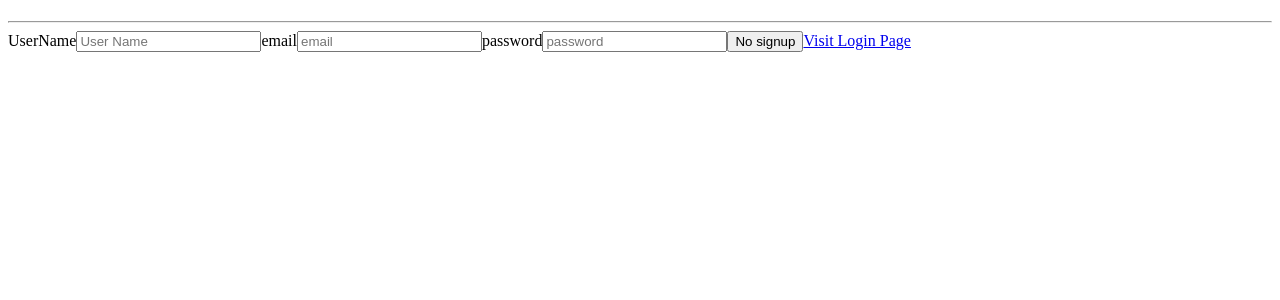
Repository: aditya-jha-kumar/NextJs-auth
Page: /signup
An editor plug-in stored every save of this project. The page is shown before and after a run of saves, followed by the edit.
The browser window is 1280 px wide. The pictures show the whole page.
The project was rebuilt for these pictures with package versions that can differ from the ones it lists, and the page was loaded fresh each time. The framework's server and built-in components were replaced by stand-ins that run in the browser. Also part of the build but not shown: next.config.mjs.

Above is the page before, as saved 2024-06-05 12:54:36.

### src/app/signup/page.tsx
"use client";
import Link from "next/link";
import React, { useEffect } from "react";
import { useRouter } from "next/navigation";
import { axios } from "axios";

export default function SignupPage() {
  const router = useRouter();
  const [user, setUser] = React.useState({
    email: "",
    password: "",
    username: "",
  });

  const [buttonDisabled, setButtonDisabled] = React.useState(false);

  const [loading, setLoading] = React.useState(false);

  useEffect(() => {
    if (
      user.email.length > 0 &&
      user.password.length > 0 &&
      user.username.length > 0
    ) {
      setButtonDisabled(false);
    } else {
      setButtonDisabled(true);
    }
  }, [user]);

  const onSignup = async () => {
    try {

    } catch (error) {

    }
  };
  return (
    <div className="flex flex-col items-center jusitfy-center min-h-screen py-2">
      <h1 className="text-center text-white text-2xl"></h1>
      <hr />
      <label htmlFor="username">UserName</label>
      <input
        className="p-2 border border-gray-300 rounded-lg mb-4 focus:outline-none focus:border-gray-600 text-black"
        type="text"
        id="username"
        value={user.username}
        onChange={(e) => setUser({ ...user, username: e.target.value })}
        placeholder="User Name"
      />
      <label htmlFor="email">email</label>
      <input
        className="p-2 border border-gray-300 rounded-lg mb-4 focus:outline-none focus:border-gray-600 text-black"
        type="text"
        id="email"
        value={user.email}
        onChange={(e) => setUser({ ...user, email: e.target.value })}
        placeholder="email"
      />
      <label htmlFor="password">password</label>
      <input
        className="p-2 border border-gray-300 rounded-lg mb-4 focus:outline-none focus:border-gray-600 text-black"
        type="password"
        id="password"
        value={user.password}
        onChange={(e) => setUser({ ...user, password: e.target.value })}
        placeholder="password"
      />
      <button
        onClick={onSignup}
        className="p-2 border border-gray-300 rounded-lg mb-4 focus:outline-none focus:border-gray-600"
      >
        {buttonDisabled ? "No signup" : "Signup"}
      </button>
      <Link href="/login">Visit Login Page</Link>
    </div>
  );
}
//frontend client side, backend serverside

After the next 20 saves:
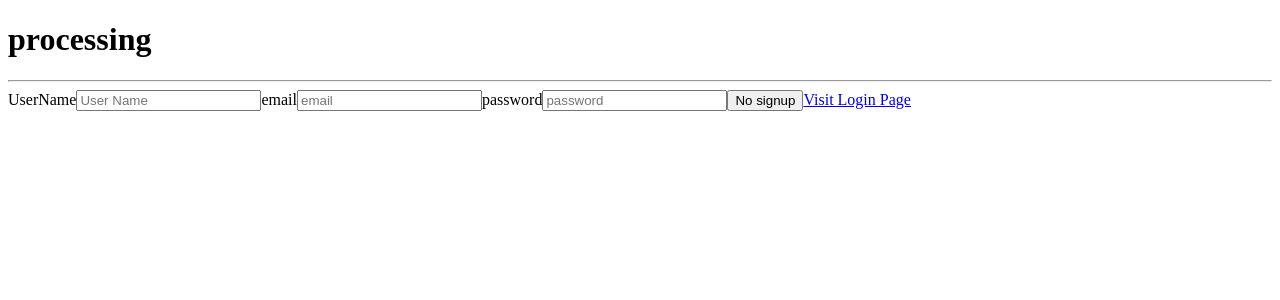
The 20 saves are shown as one change because 2 did not build or start and some came seconds apart.
The last was saved 35 s later.
--- a/src/app/signup/page.tsx
+++ b/src/app/signup/page.tsx
@@ -30,14 +30,13 @@ export default function SignupPage() {
 
   const onSignup = async () => {
     try {
-
-    } catch (error) {
-
-    }
+    } catch (error) {}
   };
   return (
     <div className="flex flex-col items-center jusitfy-center min-h-screen py-2">
-      <h1 className="text-center text-white text-2xl"></h1>
+      <h1 className="text-center text-white text-2xl">
+        {loading ? "Signup" : "processing"}
+      </h1>
       <hr />
       <label htmlFor="username">UserName</label>
       <input
